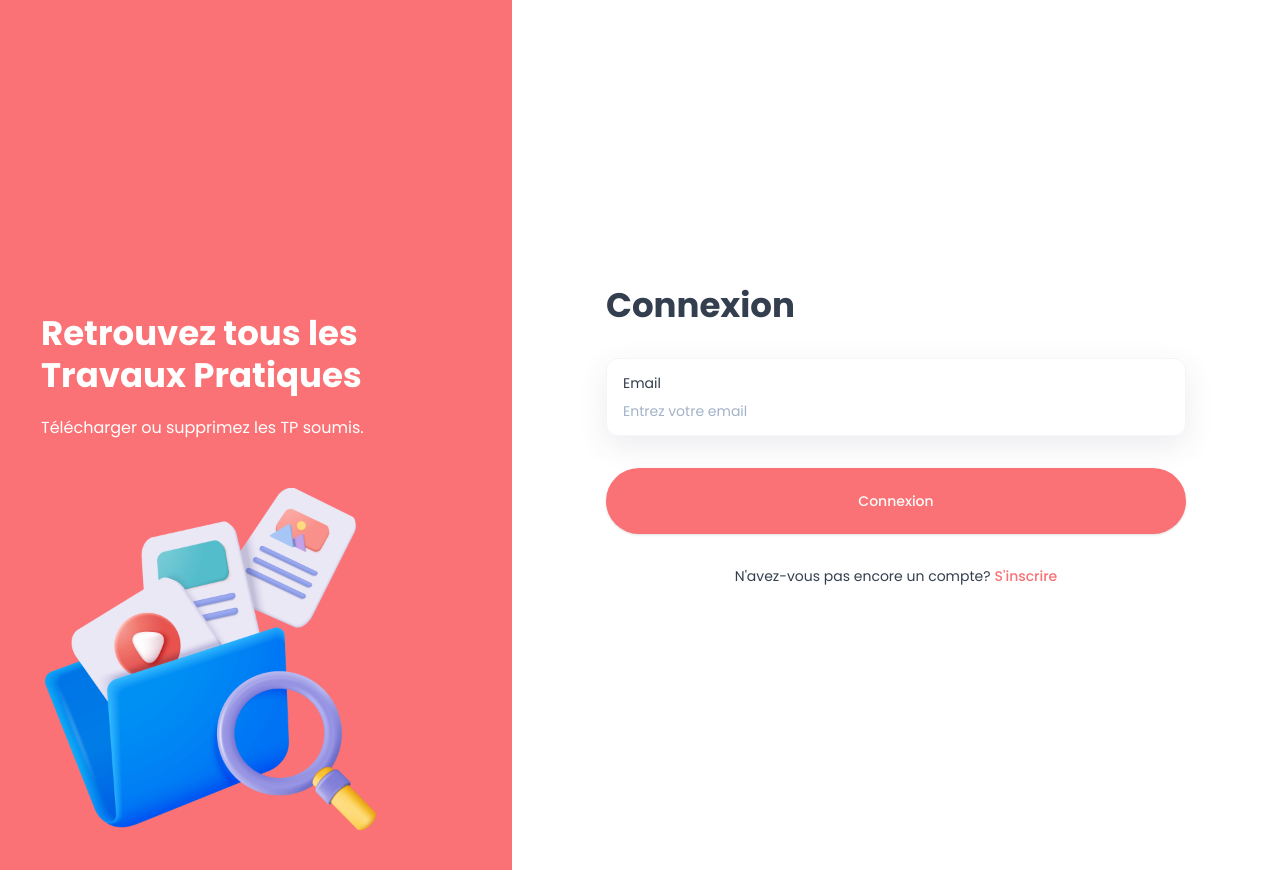
Repository: Tychiq/pigier_tp
Page: /sign-in
The author's editor kept a copy of each file at every save. The page is drawn from the files as they stood at one save, then again after the next save.
The browser window is 1280 px wide. The pictures show the whole page.
The page's requests for data from a server got no answer. The project was rebuilt for these pictures with package versions that can differ from the ones it lists, and the page was loaded fresh each time. The framework's server and built-in components were replaced by stand-ins that run in the browser. No one was signed in, and anything a server would have sent is missing. Also part of the build but not shown: next.config.ts, components/ui/alert-dialog.tsx, components/ui/input-otp.tsx, components/OTPModal.tsx.

Above is the page before, as saved 2025-04-29 14:38:26.

After the next save:
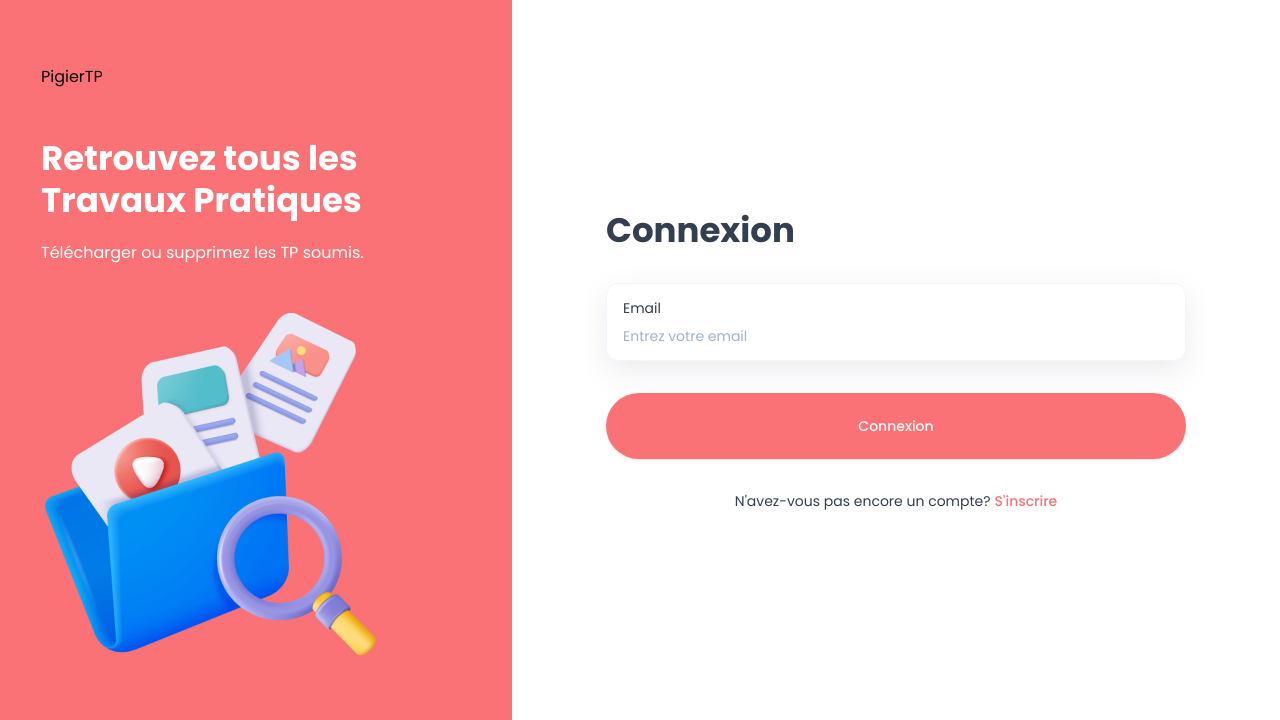
Saved 90 min 30 s later.
--- a/app/(auth)/layout.tsx
+++ b/app/(auth)/layout.tsx
@@ -6,13 +6,7 @@ const Layout = ({ children }: { children: React.ReactNode }) => {
     <div className="flex min-h-screen">
       <section className="hidden w-1/2 items-center justify-center bg-brand p-10 lg:flex xl:w-2/5">
         <div className="flex max-h-[800px] max-w-[430px] flex-col justify-center space-y-12">
-          <Image
-            src="/assets/icons/logo-full.svg"
-            alt="logo"
-            width={224}
-            height={82}
-            className="h-auto"
-          />
+          <p>PigierTP</p>
 
           <div className="space-y-5 text-white">
             <h1 className="h1">Retrouvez tous les Travaux Pratiques</h1>
